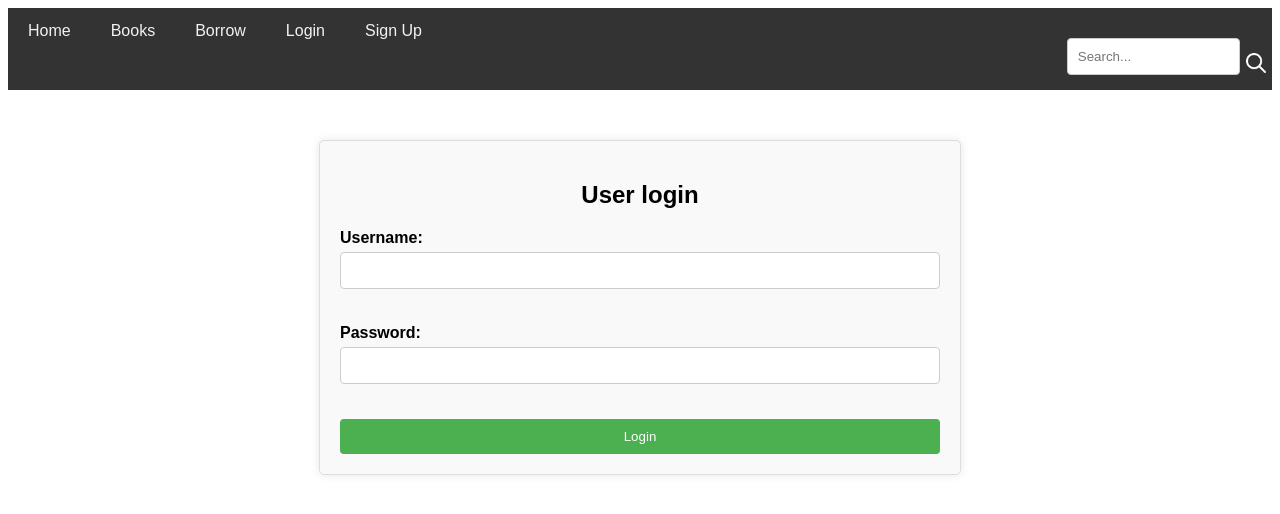
Repository: fadyesk12/Web-Technology-Course-Project
Page: auth/login.html
The author's editor kept a copy of each file at every save. The page is drawn from the files as they stood at one save, then again after the next save.
The browser window is 1280 px wide. The pictures show the whole page.

Above is the page before, as saved 2024-04-20 03:11:08.

After the next save:
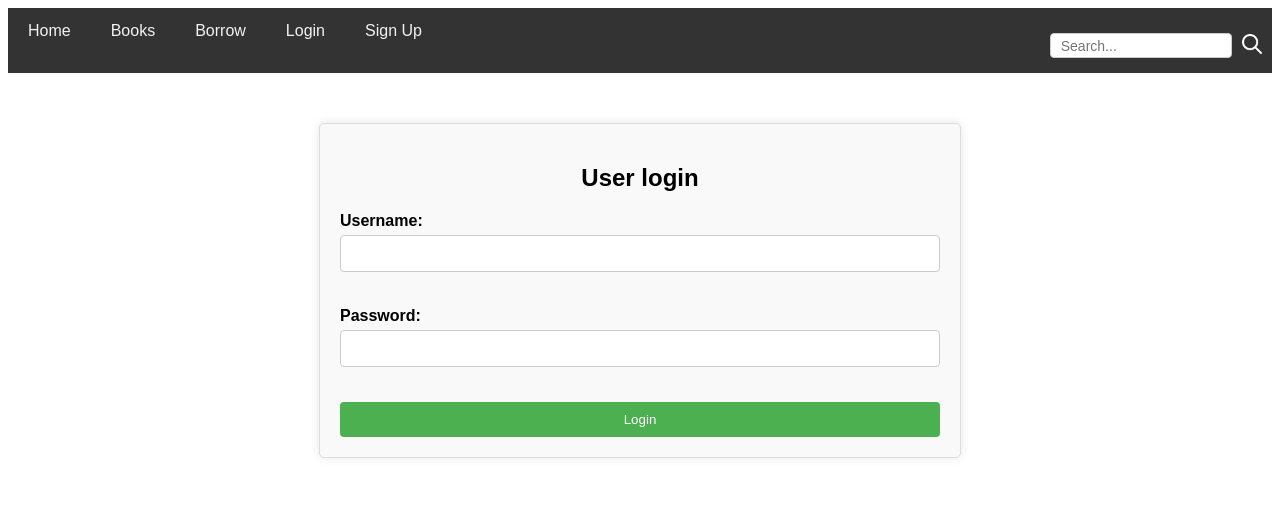
Saved 13 s later.
--- a/Styling/login.css
+++ b/Styling/login.css
@@ -76,25 +76,34 @@ input[type="submit"]:hover {
     background-color: #45a049;
 }
 
-.search{
-  margin-top: 10px;
-  float:right;
+.search {
+    margin-top: 5px;
+    float: right;
 }
 
-.search input{
-  width:75%;
+.search input {
+    width: 75%;
+    /* Reduce the height of the input field */
+    height: 25px; /* Adjust as needed */
+    /* Reduce the font size of the input field */
+    font-size: 14px; /* Adjust as needed */
 }
 
-.search img{
-  width: 20px;
+.search img {
+    width: 20px;
+    /* Adjust the height of the image if necessary */
 }
 
-.search button{
-  background-color: #333;
-  border: 0;
+.search button {
+    background-color: #333;
+    border: 0;
+    /* Reduce the height of the button */
+    height: 25px; /* Adjust as needed */
+    /* Add padding to the button */
+    padding: 0 10px; /* Adjust as needed */
 }
-.search form{
-display: flex;
-align-items: center;
-justify-content: right;
+
+.search form {
+    display: flex;
+    justify-content: flex-end;
 }
